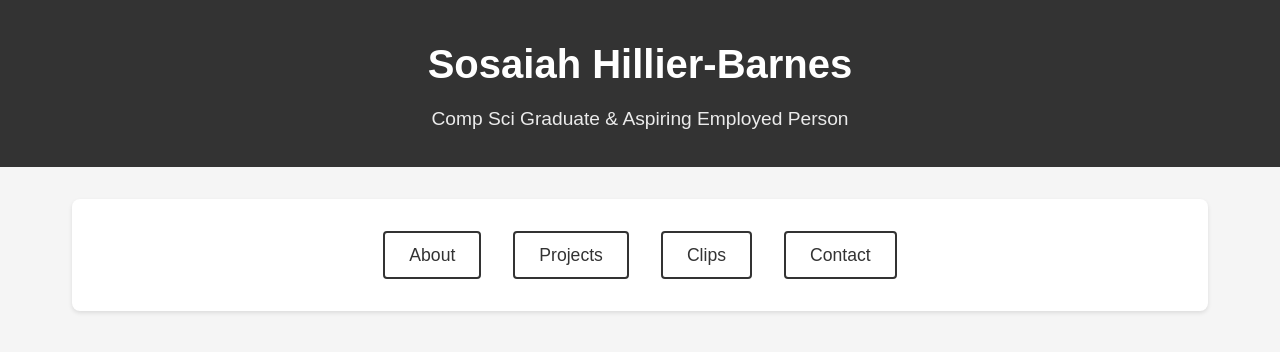
Repository: Hillier-Barnes/PortfolioWebsiteNew
Page: /
These files come from the project's save history. The page is drawn as it stood at one moment and after the next save; the edit follows.
The browser window is 1280 px wide. The pictures show the whole page.
The project was rebuilt for these pictures with package versions that can differ from the ones it lists, and the page was loaded fresh each time. Also part of the build but not shown: vite.config.js.

Above is the page before, as saved 2025-11-12 14:34:16.

After the next save:
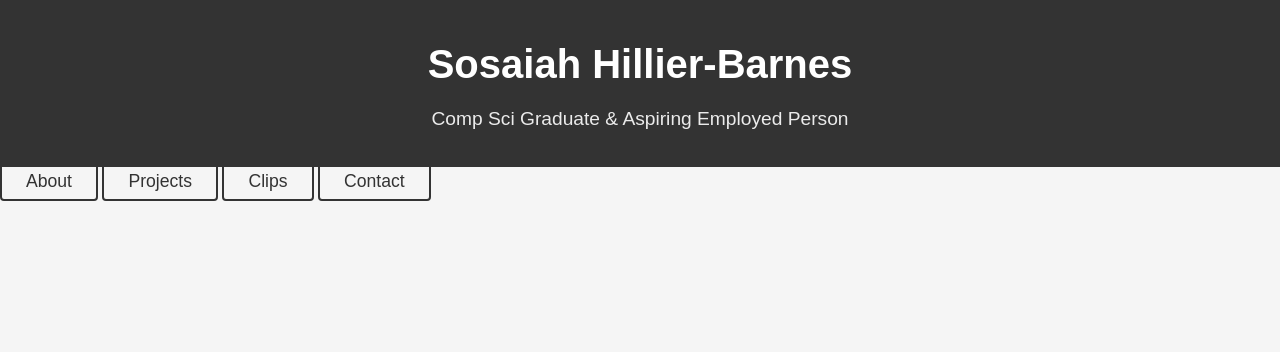
Saved 10 s later.
--- a/styles.css
+++ b/styles.css
@@ -30,11 +30,7 @@ header p {
   opacity: 0.9;
 }
 
-/* Container */
-.container {
-  max-width: 1200px;
-  margin: 0 auto;
-  padding: 2rem;
+
 }
 
 /* Navigation */
